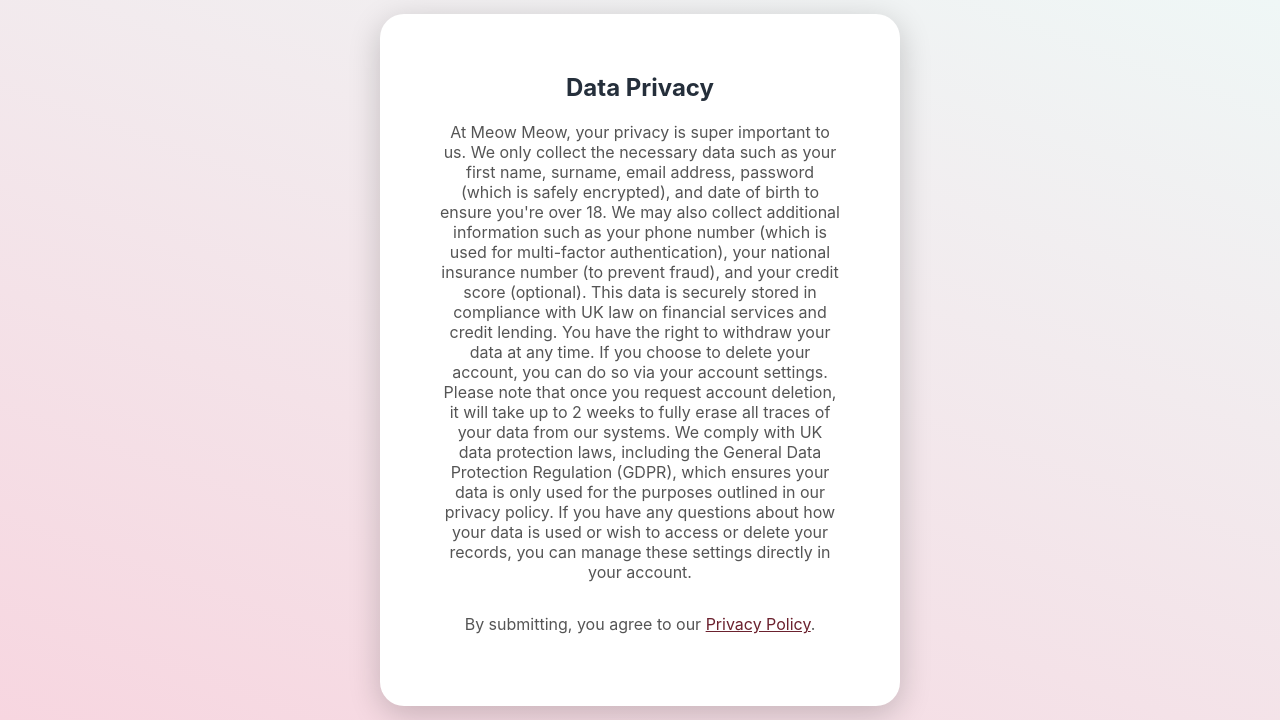
Repository: aab232/https---github.com-aab232-Deferred-Payment-Platform
Page: /privacy (app in frontend/)
An editor plug-in stored every save of this project. The page is shown before and after the next save, followed by the edit.
The browser window is 1280 px wide. The pictures show the whole page.
The project was rebuilt for these pictures with package versions that can differ from the ones it lists, and the page was loaded fresh each time. Also part of the build but not shown: frontend/src/components/Home.js, frontend/src/components/Register.js, frontend/src/components/Login.js, frontend/src/components/Main.css, frontend/src/components/Main.js, frontend/src/components/BackButton.css, frontend/src/components/BackButton.js, frontend/src/components/Settings.js.

Above is the page before, as saved 2025-04-01 01:50:14.

### frontend/src/App.js
import React from 'react';
import { BrowserRouter as Router, Routes, Route } from 'react-router-dom';
import Home from './components/Home';
import Register from './components/Register';
import Login from './components/Login';
import Main from './components/Main';
import Settings from './components/Settings';
import Privacy from './components/Privacy';

const App = () => {
  return (
    <Router>
      <Routes>
        <Route path="/" element={<Home />} />
        <Route path="/login" element={<Login />} />
        <Route path="/register" element={<Register />} />
        <Route path="/main" element={<Main />} />
        <Route path="/settings" element={<Settings />} />
        <Route path="/privacy" element={<Privacy />} />
      </Routes>
    </Router>
  );
};

export default App;

### frontend/src/components/Privacy.js
import React from 'react';
import './Privacy.css'; // Make sure to import the CSS file

const Privacy = () => {
  return (
    <div className="container">
      <div className="form-card">
        <h2>Data Privacy</h2>

        <p>
          At Meow Meow, your privacy is super important to us. We only collect the necessary data such as your first name, surname, email address, password (which is safely encrypted), and date of birth to ensure you're over 18. We may also collect additional information such as your phone number (which is used for multi-factor authentication), your national insurance number (to prevent fraud), and your credit score (optional). This data is securely stored in compliance with UK law on financial services and credit lending.

          You have the right to withdraw your data at any time. If you choose to delete your account, you can do so via your account settings. Please note that once you request account deletion, it will take up to 2 weeks to fully erase all traces of your data from our systems.

          We comply with UK data protection laws, including the General Data Protection Regulation (GDPR), which ensures your data is only used for the purposes outlined in our privacy policy. If you have any questions about how your data is used or wish to access or delete your records, you can manage these settings directly in your account.
        </p>

        <p>By submitting, you agree to our <span className="link">Privacy Policy</span>.</p>
      </div>
    </div>
  );
};

export default Privacy;

### frontend/src/components/Home.css
.container {
    display: flex;
    justify-content: center;
    align-items: center;
    height: 100vh; /* Full viewport height */
    background: linear-gradient(135deg, #252f3b, #252d3b); /* Elegant gradient */
  }

  .card {
    text-align: center;
    background: #fff;
    padding: 40px 60px;
    border-radius: 24px;
    box-shadow: 0 8px 32px rgba(0, 0, 0, 0.2);
    max-width: 350px;
    width: 100%;
  }

  h1 {
    margin-bottom: 16px;
    font-size: 28px;
    color: #252f3b;
  }

  p {
    margin-bottom: 32px;
    font-size: 16px;
    color: #555;
  }

  .button-group {
    display: flex;
    justify-content: space-between;
  }

  .btn {
    padding: 12px 24px;
    font-size: 16px;
    border: none;
    border-radius: 30px; /* Rounded buttons */
    cursor: pointer;
    transition: background 0.3s ease;
    color: white;
    background: #252f3b;
  }

  .btn:hover {
    background: #252f3b; /* Button hover effect */
  }

### frontend/src/components/Form.css
.container {
  display: flex;
  justify-content: center;
  align-items: center;
  height: 100vh;
  background: linear-gradient(200deg, #eff7f6, #F7D6E0);
}

.form-card {
  background: white;
  padding: 40px 60px;
  border-radius: 24px;
  box-shadow: 0 8px 32px rgba(0, 0, 0, 0.2);
  max-width: 400px;
  width: 100%;
  text-align: center;
}

h2 {
  color: #252f3b;
}

input {
  display: block;
  width: 100%;
  margin: 10px 0;
  padding: 12px;
  border: 1px solid #ddd;
  border-radius: 30px;
}

.btn {
  padding: 12px 24px;
  margin-top: 20px;
  border-radius: 30px;
  border: none;
  color: white;
  background: #6b212e;
  cursor: pointer;
}

.btn:hover {
  background: #a41b34;
}

.link {
  color: #6b212e;
  cursor: pointer;
}

### frontend/src/components/Settings.css
.settings-container {
  display: flex;
  flex-direction: column;
  align-items: center;
  padding: 40px 20px;
  background: #f8f9fa;
  min-height: 100vh;
}

h1 {
  color: #343a40;
  margin-bottom: 20px;
}

.menu {
  display: flex;
  gap: 20px;
  margin-bottom: 40px;
}

.menu button {
  padding: 10px 20px;
  border: none;
  border-radius: 8px;
  cursor: pointer;
  transition: background 0.3s ease;
  font-weight: bold;
  background: #007bff;
  color: white;
}

.menu .danger {
  background: #dc3545;
}

.menu button:hover {
  opacity: 0.8;
}

/* Dropdown styling */
.dropdown {
  display: flex;
  flex-direction: column;
  gap: 10px;
  margin-top: 20px;
}

.dropdown button {
  padding: 8px 16px;
  border: none;
  border-radius: 8px;
  background: #6c757d;
  color: white;
  cursor: pointer;
  transition: background 0.3s ease;
}

.dropdown button:hover {
  background: #495057;
}

/* Section Styling */
.section {
  width: 100%;
  max-width: 600px;
  background: white;
  padding: 30px;
  border-radius: 16px;
  box-shadow: 0 8px 24px rgba(0, 0, 0, 0.1);
  margin-top: 20px;
}

h2 {
  color: #495057;
  margin-bottom: 20px;
}

input {
  width: 100%;
  padding: 12px;
  margin-bottom: 15px;
  border: 1px solid #ced4da;
  border-radius: 8px;
  font-size: 14px;
}

button {
  padding: 12px 20px;
  border: none;
  border-radius: 8px;
  cursor: pointer;
  background: #28a745;
  color: white;
  font-weight: bold;
}

button:hover {
  opacity: 0.9;
}

.info {
  margin-top: 20px;
  color: #6c757d;
}

### frontend/src/components/Privacy.css
/* Container for centering the form card */
.container {
    display: flex;
    justify-content: center;
    align-items: center;
    height: 100vh;
    background: linear-gradient(200deg, #eff7f6, #F7D6E0);
  }

  /* Form card styling */
  .form-card {
    background: white;
    padding: 40px 60px;
    border-radius: 24px;
    box-shadow: 0 8px 32px rgba(0, 0, 0, 0.2);
    max-width: 400px;
    width: 100%;
    text-align: center;
  }

  /* Heading styling */
  h2 {
    color: #252f3b;
    font-size: 24px;
    margin-bottom: 20px;
  }

  /* Button styling */
  .btn {
    padding: 12px 24px;
    margin-top: 20px;
    border-radius: 30px;
    border: none;
    color: white;
    background: #6b212e;
    cursor: pointer;
  }

  .btn:hover {
    background: #a41b34;
  }

  /* Link styling */
  .link {
    color: #6b212e;
    cursor: pointer;
    text-decoration: underline;
  }

  .link:hover {
    color: #a41b34;
  }

Loaded but not shown: frontend/public/index.html (common file); frontend/src/index.js (common file); frontend/src/index.css (common file)

After the next save:
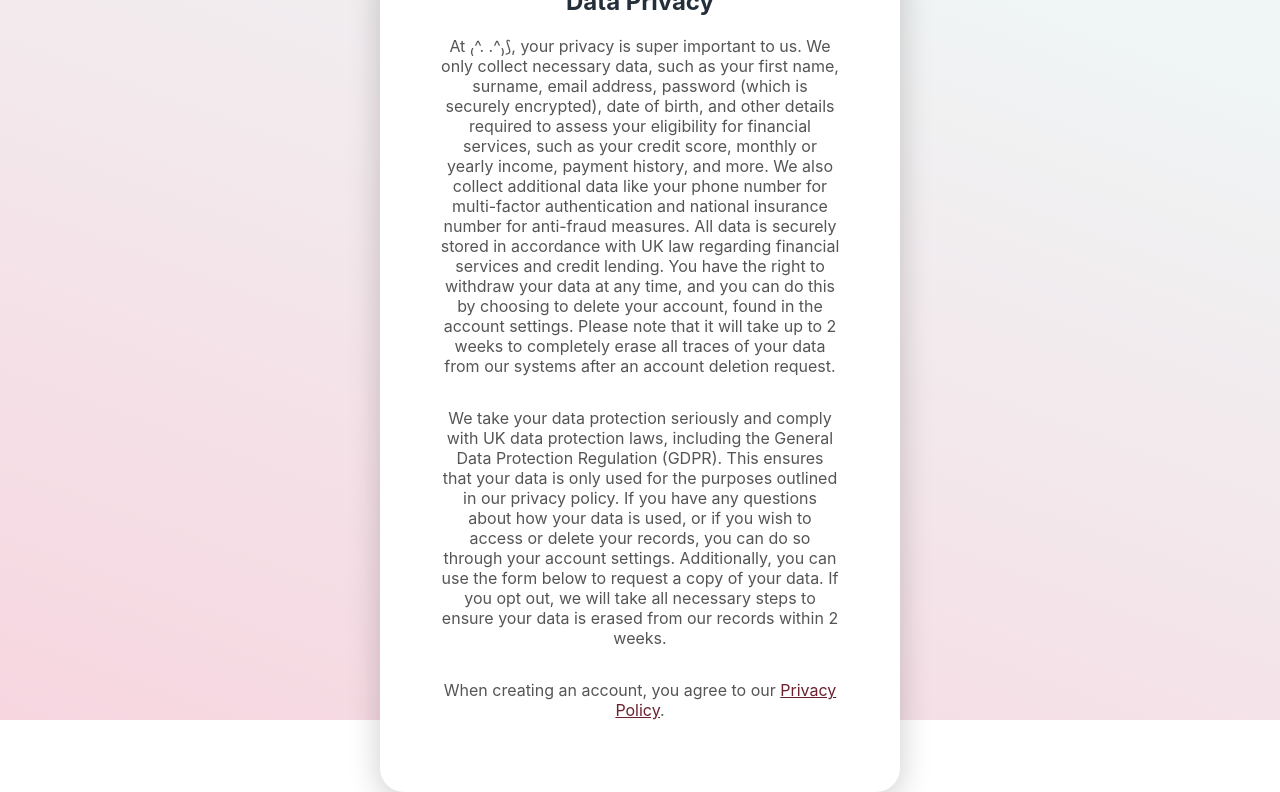
Saved 10 min 20 s later.
--- a/frontend/src/components/Privacy.js
+++ b/frontend/src/components/Privacy.js
@@ -7,15 +7,11 @@ const Privacy = () => {
       <div className="form-card">
         <h2>Data Privacy</h2>
 
-        <p>
-          At Meow Meow, your privacy is super important to us. We only collect the necessary data such as your first name, surname, email address, password (which is safely encrypted), and date of birth to ensure you're over 18. We may also collect additional information such as your phone number (which is used for multi-factor authentication), your national insurance number (to prevent fraud), and your credit score (optional). This data is securely stored in compliance with UK law on financial services and credit lending.
+        <p>At ₍^. .^₎⟆, your privacy is super important to us. We only collect necessary data, such as your first name, surname, email address, password (which is securely encrypted), date of birth, and other details required to assess your eligibility for financial services, such as your credit score, monthly or yearly income, payment history, and more. We also collect additional data like your phone number for multi-factor authentication and national insurance number for anti-fraud measures. All data is securely stored in accordance with UK law regarding financial services and credit lending. You have the right to withdraw your data at any time, and you can do this by choosing to delete your account, found in the account settings. Please note that it will take up to 2 weeks to completely erase all traces of your data from our systems after an account deletion request.</p>
 
-          You have the right to withdraw your data at any time. If you choose to delete your account, you can do so via your account settings. Please note that once you request account deletion, it will take up to 2 weeks to fully erase all traces of your data from our systems.
+        <p>We take your data protection seriously and comply with UK data protection laws, including the General Data Protection Regulation (GDPR). This ensures that your data is only used for the purposes outlined in our privacy policy. If you have any questions about how your data is used, or if you wish to access or delete your records, you can do so through your account settings. Additionally, you can use the form below to request a copy of your data. If you opt out, we will take all necessary steps to ensure your data is erased from our records within 2 weeks.</p>
 
-          We comply with UK data protection laws, including the General Data Protection Regulation (GDPR), which ensures your data is only used for the purposes outlined in our privacy policy. If you have any questions about how your data is used or wish to access or delete your records, you can manage these settings directly in your account.
-        </p>
-
-        <p>By submitting, you agree to our <span className="link">Privacy Policy</span>.</p>
+        <p>When creating an account, you agree to our <span className="link">Privacy Policy</span>.</p>
       </div>
     </div>
   );
